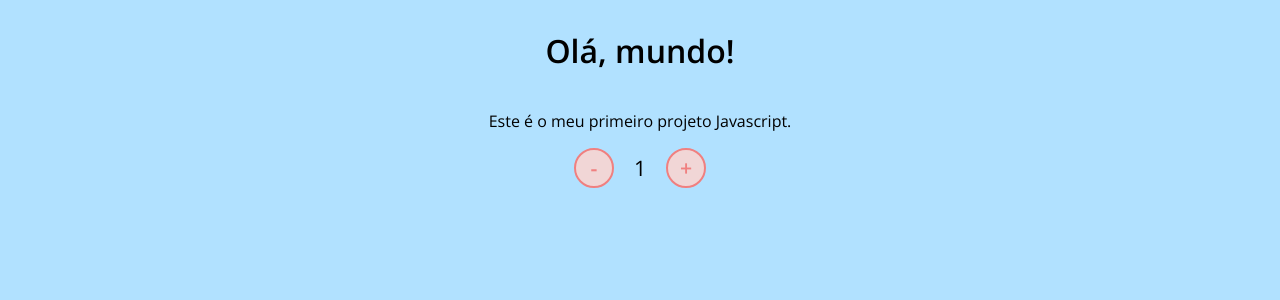
Repository: amandahrodrigues/dio-introducao-ao-javascript
Page: contador/index.html
The author's editor kept a copy of each file at every save. The page is drawn from the files as they stood at one save, then again after the next save.
The browser window is 1280 px wide. The pictures show the whole page.
After loading, the first visible `button[onclick="increment()"]` was clicked once.

Above is the page before, as saved 2021-12-22 15:18:27.

After the next save:
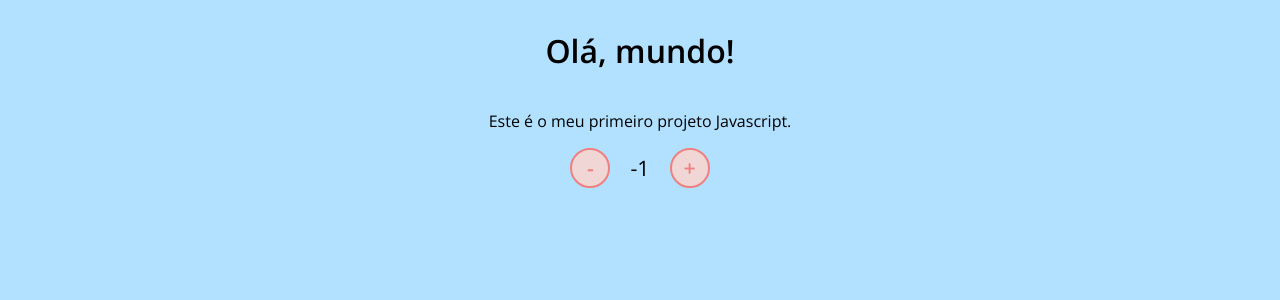
Saved 5 s later.
--- a/contador/assets/js/scripts.js
+++ b/contador/assets/js/scripts.js
@@ -7,6 +7,6 @@
 }
 
 function increment(){
-    currentNumber = currentNumber + 1;
+    currentNumber = currentNumber - 1;
     currentNumberWrapper.innerHTML = currentNumber;
 }
